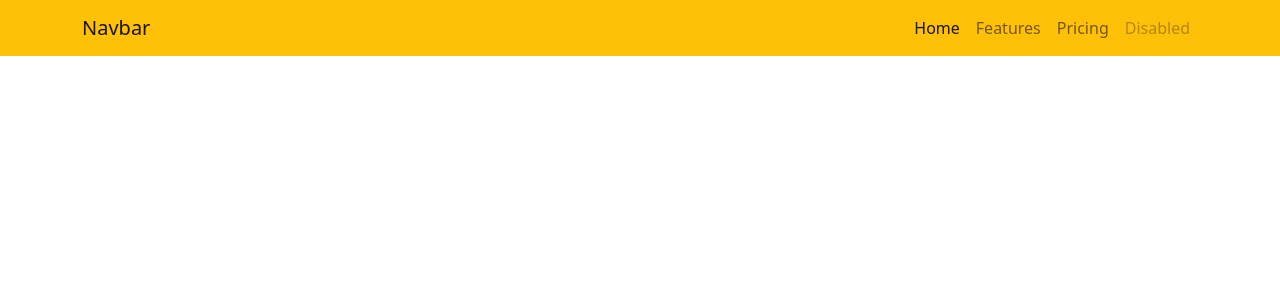
Repository: Novemberdad/gemilangtech.github.io
Page: index.html
An editor plug-in stored every save of this project. The page is shown before and after the next save, followed by the edit.
The browser window is 1280 px wide. The pictures show the whole page.

Above is the page before, as saved 2021-07-20 23:08:12.

After the next save:
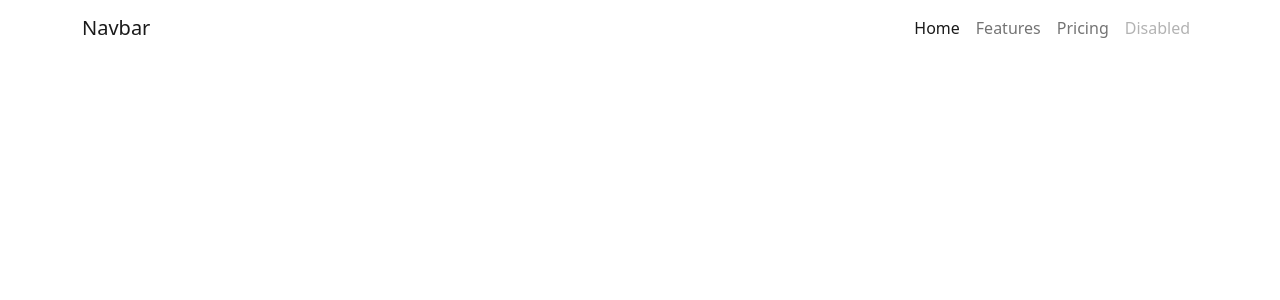
Saved 2 min 8 s later.
--- a/index.html
+++ b/index.html
@@ -20,7 +20,7 @@
 
 <body>
     <!--NAVBAR-->
-    <nav class="navbar navbar-expand-lg navbar-light bg-warning">
+    <nav class="navbar navbar-expand-lg navbar-light" style="background-colour: #1d67e2">
         <div class="container">
             <a class="navbar-brand" href="#">Navbar</a>
             <button class="navbar-toggler" type="button" data-bs-toggle="collapse" data-bs-target="#navbarNav" aria-controls="navbarNav" aria-expanded="false" aria-label="Toggle navigation">

After the 2 saves that followed:
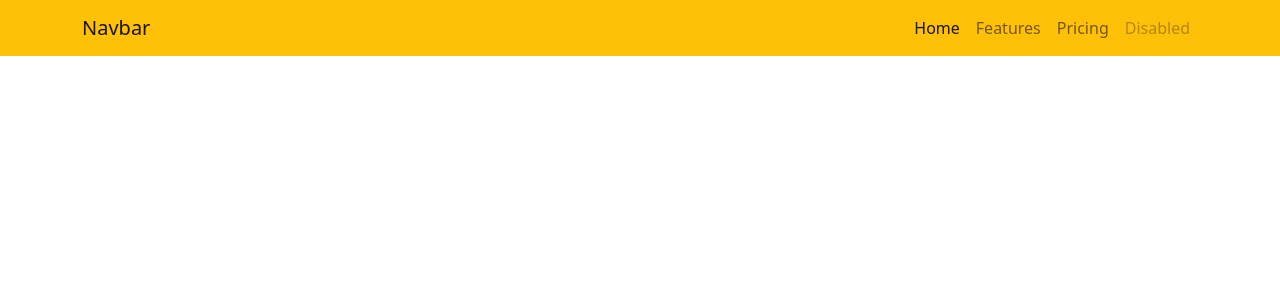
The 2 saves are shown as one change because 1 left the picture as it was.
The last was saved 81 s later.
--- a/index.html
+++ b/index.html
@@ -20,7 +20,7 @@
 
 <body>
     <!--NAVBAR-->
-    <nav class="navbar navbar-expand-lg navbar-light" style="background-colour: #1d67e2">
+    <nav class="navbar navbar-expand-lg navbar-light bg-warning">
         <div class="container">
             <a class="navbar-brand" href="#">Navbar</a>
             <button class="navbar-toggler" type="button" data-bs-toggle="collapse" data-bs-target="#navbarNav" aria-controls="navbarNav" aria-expanded="false" aria-label="Toggle navigation">
